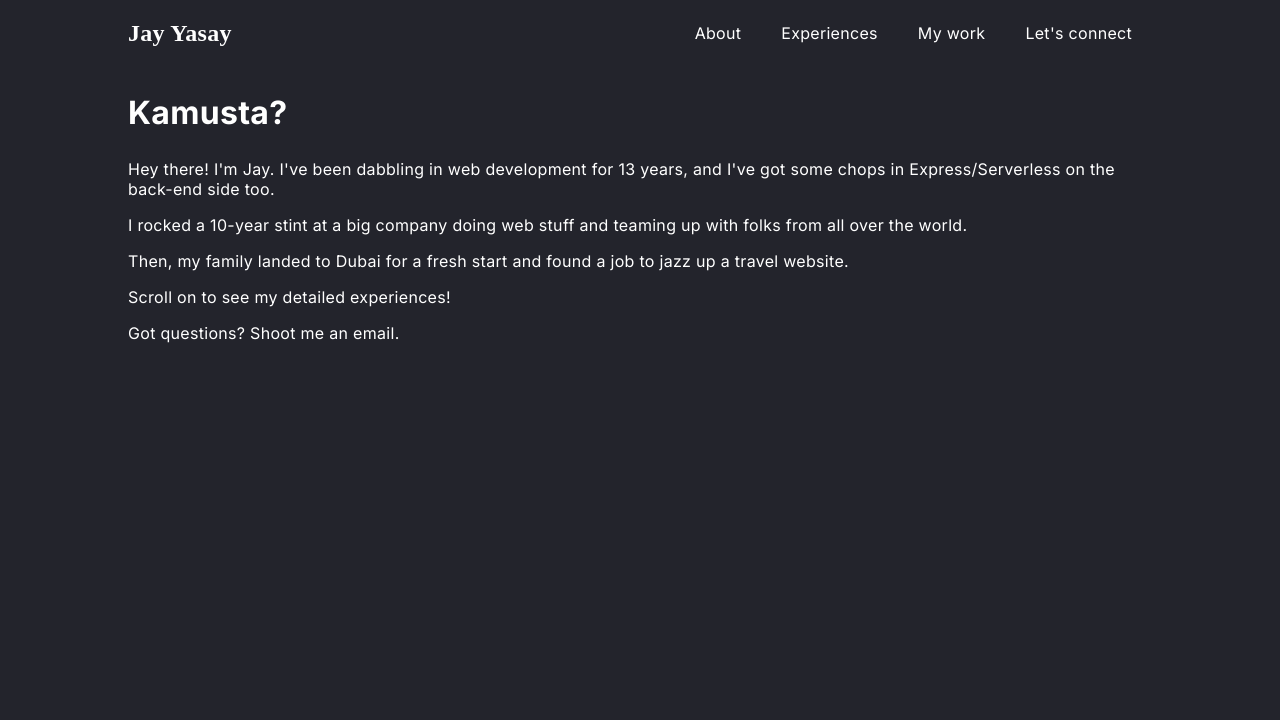
Repository: jayyasay/portfolio
Page: /about
An editor plug-in stored every save of this project. The page is shown before and after the next save, followed by the edit.
The browser window is 1280 px wide. The pictures show the whole page.
Some web fonts or font styles are not loaded; a fallback is used. The project was rebuilt for these pictures with package versions that can differ from the ones it lists, and the page was loaded fresh each time. Also part of the build but not shown: src/App.css, src/pages/Home.js.

Above is the page before, as saved 2023-09-20 10:34:20.

### src/index.css
@import url('https://fonts.googleapis.com/css2?family=Inter:wght@100;200;300;400;500;600;700;800;900&family=Skranji:wght@400;700&display=swap');

body {
  margin: 0;
  font-family: 'Inter', sans-serif;
  -webkit-font-smoothing: antialiased;
  -moz-osx-font-smoothing: grayscale;
  background-color: #23242c;
}

body * {
  letter-spacing: 0.3px;
}

h1 {
  font-family: 'Skranji', cursive;
  color: #fff;
}

code {
  font-family: source-code-pro, Menlo, Monaco, Consolas, 'Courier New',
    monospace;
}

h1, h2, h3, h4, h5, h6, p {
  color: #fff
}

h2 {
  font-size: 2rem;
}

p,a  {
  font-size: 1rem;
}

#root {
  padding: 0 20px;
}

@media screen and (min-width: 768px) {
  #root {
    padding: 0;
  }
}

### src/App.js
import './App.css';
import Navigation from './components/Navigation';
import { BrowserRouter as Router, Routes, Route } from 'react-router-dom';
import Home from './pages/Home';
import About from './pages/About';

function App() {
  return (
    <>
      <Router>
        <Navigation />
        <Routes>
          <Route path="/" element={<Home />} />
          <Route path="/about" element={<About />} />
          {/* You can add a route for Contact here when you're ready */}
        </Routes>
      </Router>
    </>
  );
}

export default App;

### src/components/Navigation.js
import React, { useState } from "react";
import styled from "styled-components";
import { Link } from "react-router-dom";

const Nav = styled.nav`
  background-color: #23242c;
  display: flex;
  flex-direction: column;

  @media screen and (min-width: 768px) {
    flex-direction: row;
  }
`;

const Wrapper = styled.div`
  @media screen and (min-width: 768px) {
    display: flex;
    flex-direction: row;
    width: 1024px;
    margin: auto;
  }
`;

const StyledLink = styled(Link)`
  display: flex;
  align-items: center;
  padding: 10px 20px;
  color: white;
  text-align: center;
  text-decoration: none;
  justify-content: center;

  @media screen and (min-width: 768px) {
    height: 100%;
    padding: 0 20px;
    &:hover {
      background-color: #ddd;
      color: black;
    }
  }
`;

const BurgerIcon = styled.span`
  display: none;
  @media screen and (max-width: 767px) {
    display: block;
    position: absolute;
    right: 20px;
    top: 24px;
    cursor: pointer;
    color: #fff;
  }
`;

const NavItems = styled.div`
  @media screen and (max-width: 767px) {
    display: flex;
    flex-direction: column;
    align-items: center;
    width: 100%;
    max-height: ${(props) =>
      props.open
        ? "100vh"
        : "0"};
    transition: max-height 0.2s ease-in-out;
    text-align: center;
    height: calc(100vh - 72.81px);
    background-color: #33363D;
    position: absolute;
    top: 72.81px;
    left: 0;
    overflow: hidden;
  }

  @media screen and (min-width: 768px) {
    align-items: center;
    margin-left: auto;
    display: flex;
  }
`;

const Navigation = () => {
  const [isOpen, setIsOpen] = useState(false);

  return (
    <Nav>
      <Wrapper>
        <h1>Jay Yasay</h1>
        <BurgerIcon onClick={() => setIsOpen(!isOpen)}>☰</BurgerIcon>
        <NavItems open={isOpen}>
          <StyledLink to="/about" onClick={() => setIsOpen(!isOpen)}>
            About
          </StyledLink>
          <StyledLink to="/experiences" onClick={() => setIsOpen(!isOpen)}>
            Experiences
          </StyledLink>
          <StyledLink to="/my-work" onClick={() => setIsOpen(!isOpen)}>
            My work
          </StyledLink>
          <StyledLink to="/contact" onClick={() => setIsOpen(!isOpen)}>
            Let's connect
          </StyledLink>
        </NavItems>
      </Wrapper>
    </Nav>
  );
};

export default Navigation;

### src/pages/About.js
import styled from "styled-components";

const AboutWrapper = styled.div`
  @media screen and (min-width: 768px) {
    max-width:1024px;
    margin: auto;
  }
`;

const Home = () => {
  return (
    <>
      <AboutWrapper>
        <h2>Kamusta?</h2>
        <p>
            Hey there! I'm Jay. I've been dabbling in web development for 13 years, and I've got some chops in Express/Serverless on the back-end side too.
        </p>
        <p>
            I rocked a 10-year stint at a big company doing web stuff and teaming up with folks from all over the world.
        </p>
        <p>
            Then, my family landed to Dubai for a fresh start and found a job to jazz up a travel website.
        </p>
        <p>
            Scroll on to see my detailed experiences!
        </p>
        <p>
            Got questions? Shoot me an email.
        </p>
      </AboutWrapper>
    </>
  );
};

export default Home;

Loaded but not shown: public/index.html (common file); src/index.js (common file); src/reportWebVitals.js (common file)

After the next save:
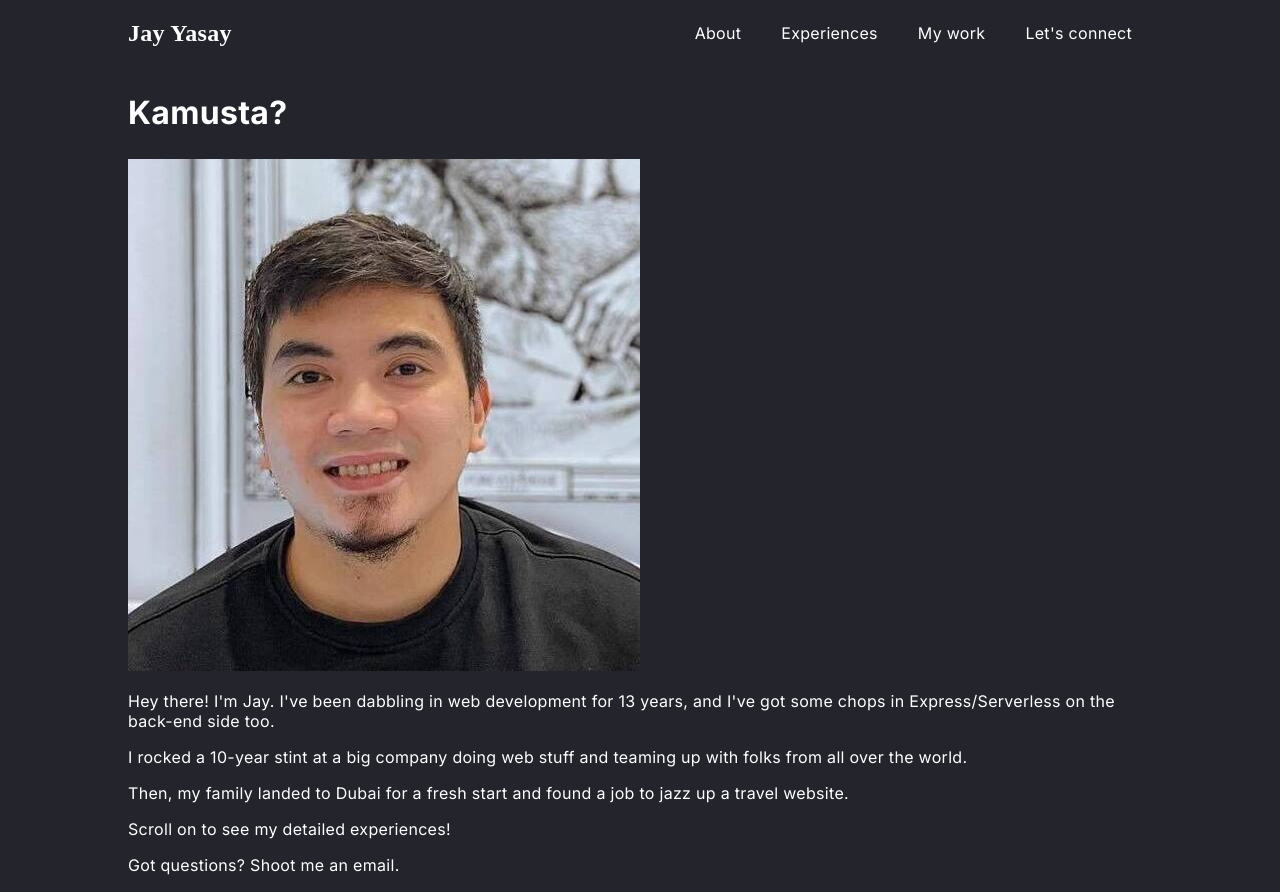
Saved 52 s later.
--- a/src/pages/About.js
+++ b/src/pages/About.js
@@ -1,4 +1,5 @@
 import styled from "styled-components";
+import jay from "../assets/jay.jpg";
 
 const AboutWrapper = styled.div`
   @media screen and (min-width: 768px) {
@@ -12,6 +13,7 @@
     <>
       <AboutWrapper>
         <h2>Kamusta?</h2>
+        <img src={jay} alt="Jay" />
         <p>
             Hey there! I'm Jay. I've been dabbling in web development for 13 years, and I've got some chops in Express/Serverless on the back-end side too.
         </p>
